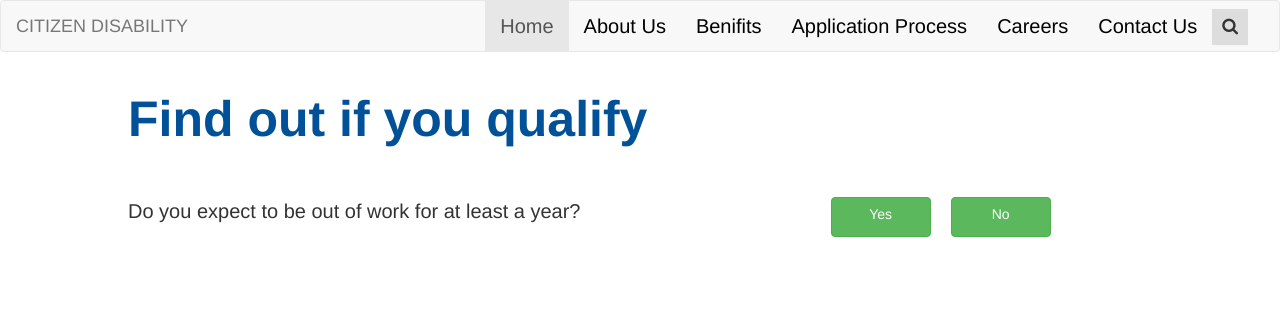
Repository: welcome0605/Embed-html-integrate-with-API
Page: Home.html
The author's editor kept a copy of each file at every save. The page is drawn from the files as they stood at one save, then again after the next save.
The browser window is 1280 px wide. The pictures show the whole page.

Above is the page before, as saved 2019-04-27 15:30:11.

After the next save:
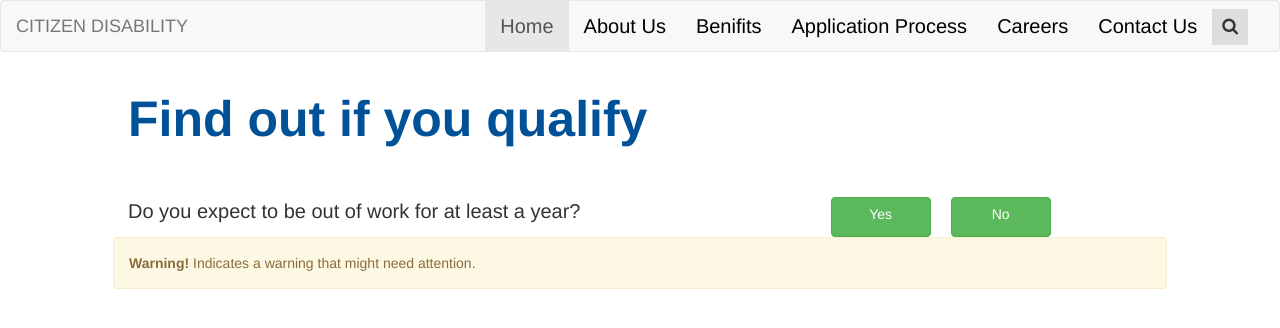
Saved 74 s later.
--- a/Home.html
+++ b/Home.html
@@ -47,6 +47,9 @@
         </div>
         <div class="row">
           <div class="col-md-5"></div>
+          <div class="alert alert-warning">
+            <strong>Warning!</strong> Indicates a warning that might need attention.
+          </div>
         </div>
 
       </div>
